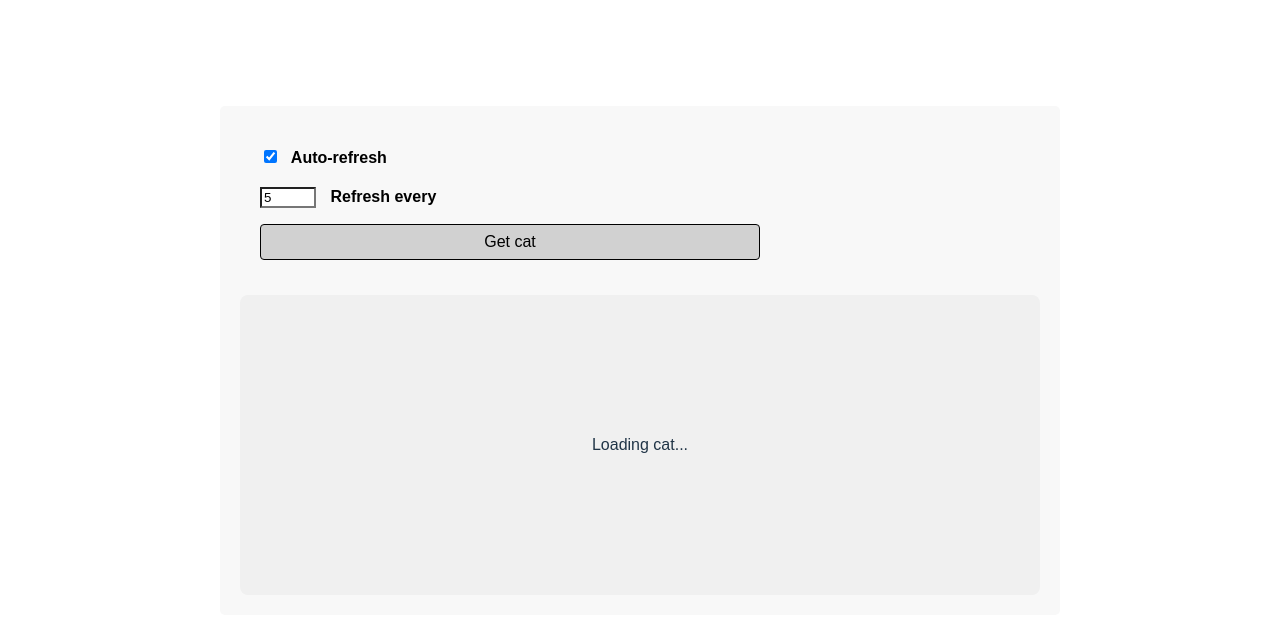
Repository: Pharaoh5/test-assignment5
Page: /
An editor plug-in stored every save of this project. The page is shown before and after the next save, followed by the edit.
The browser window is 1280 px wide. The pictures show the whole page.
The page's requests for data from a server got no answer. The project was rebuilt for these pictures with package versions that can differ from the ones it lists, and the page was loaded fresh each time. No one was signed in, and anything a server would have sent is missing. Also part of the build but not shown: vite.config.ts.

Above is the page before, as saved 2025-04-08 19:39:54.

### index.html
<!doctype html>
<html lang="en">
  <head>
    <meta charset="UTF-8" />
    <link rel="icon" type="image/svg+xml" href="/vite.svg" />
    <meta name="viewport" content="width=device-width, initial-scale=1.0" />
    <title>Vite + React + TS</title>
  </head>
  <body>
    <div id="root" style="width: 100%;"></div>
    <script type="module" src="/src/main.tsx"></script>
  </body>
</html>

### src/index.css
:root {
  font-family: system-ui, Avenir, Helvetica, Arial, sans-serif;
  line-height: 1.5;
  font-weight: 400;

  color-scheme: light dark;
  color: rgba(255, 255, 255, 0.87);
  background-color: #242424;

  font-synthesis: none;
  text-rendering: optimizeLegibility;
  -webkit-font-smoothing: antialiased;
  -moz-osx-font-smoothing: grayscale;
}

a {
  font-weight: 500;
  color: #646cff;
  text-decoration: inherit;
}
a:hover {
  color: #535bf2;
}

body {
  margin: 0;
  display: flex;
  place-items: center;
  min-width: 320px;
  min-height: 100vh;
}

h1 {
  font-size: 3.2em;
  line-height: 1.1;
}

button {
  border-radius: 8px;
  border: 1px solid transparent;
  padding: 0.6em 1.2em;
  font-size: 1em;
  font-weight: 500;
  font-family: inherit;
  background-color: #1a1a1a;
  cursor: pointer;
  transition: border-color 0.25s;
}
button:hover {
  border-color: #646cff;
}
button:focus,
button:focus-visible {
  outline: 4px auto -webkit-focus-ring-color;
}

@media (prefers-color-scheme: light) {
  :root {
    color: #213547;
    background-color: #ffffff;
  }
  a:hover {
    color: #747bff;
  }
  button {
    background-color: #f9f9f9;
  }
}

.btn-grad {background-image: linear-gradient(to right, #232526 0%, #414345  51%, #232526  100%)}
.btn-grad {
   margin: 10px;
   padding: 15px 45px;
   text-align: center;
   text-transform: uppercase;
   transition: 0.5s;
   background-size: 200% auto;
   color: white;
   box-shadow: 0 0 20px #eee;
   border-radius: 10px;
   display: block;
 }

 .btn-grad:hover {
   background-position: right center; /* change the direction of the change here */
   color: #fff;
   text-decoration: none;
 }

### src/App.tsx
import { useState, useEffect } from 'react';
import styled from 'styled-components';
import CatImage from './components/CatImage';
import Controls from './components/Controls';

const AppContainer = styled.div`
  background-color: #f8f8f8;
  font-family: Arial, sans-serif;
  max-width: 800px;
  margin: 0 auto;
  padding: 20px;
  text-align: center;
  border-radius: 5px;
`;

const App = () => {
  const [catImage, setCatImage] = useState(null);
  const [autoRefresh, setAutoRefresh] = useState(true);
  const [refreshInterval, setRefreshInterval] = useState(5);

  const fetchCat = async () => {
    try {
      const response = await fetch('https://api.thecatapi.com/v1/images/search');
      const data = await response.json();
      setCatImage(data[0].url);
    } catch (error) {
      console.error('Error fetching cat:', error);
    }
  };

  useEffect(() => {
    fetchCat();
  }, []);

  useEffect(() => {
    let intervalId: number;
    if (autoRefresh) {
      intervalId = setInterval(fetchCat, refreshInterval * 1000);
    }
    return () => {
      if (intervalId) clearInterval(intervalId);
    };
  }, [autoRefresh, refreshInterval]);

  return (
    <AppContainer>
      <Controls
      autoRefresh={autoRefresh}
      refreshInterval={refreshInterval}
      onToggleAutoRefresh={() => setAutoRefresh(!autoRefresh)}
      onRefreshIntervalChange={(e: React.ChangeEvent<HTMLInputElement>) => setRefreshInterval(Number(e.target.value))}
      onManualRefresh={fetchCat}
      />
      <CatImage imageUrl={catImage as string | null} />
    </AppContainer>
  );
};

export default App;

### src/components/CatImage.tsx
import styled from 'styled-components';

const ImageContainer = styled.div`
`;

const CatImg = styled.img`
  max-width: 100%;
  max-height: 500px;
  border-radius: 8px;
  box-shadow: 0 2px 4px rgba(0, 0, 0, 0.1);
`;

const Placeholder = styled.div`
  width: 100%;
  height: 300px;
  background-color: #f0f0f0;
  display: flex;
  align-items: center;
  justify-content: center;
  border-radius: 8px;
`;

interface CatImageProps {
    imageUrl?: string | null;
  }

const CatImage = ({ imageUrl }: CatImageProps) => {
  return (
    <ImageContainer>
      {imageUrl ? (
        <CatImg src={imageUrl} alt="Random cat" />
      ) : (
        <Placeholder>Loading cat...</Placeholder>
      )}
    </ImageContainer>
  );
};

export default CatImage;

### src/components/Controls.tsx
import styled from 'styled-components';

const ControlsContainer = styled.div`
  padding: 20px;
  border-radius: 8px;
  text-align: left;
`;

const ControlGroup = styled.div`
  margin-bottom: 15px;
  text-align: left;
  color: black;
`;

const Label = styled.label`
  margin-right: 10px;
  font-weight: bold;
  color: black;
`;

const Button = styled.button`
  width: 500px;
  padding: 8px 16px;
  background-color:rgb(209, 209, 209);
  color: black;
  border: none;
  border-radius: 4px;
  cursor: pointer;
  font-size: 16px;
  border: 1px solid black;

  &:hover {
    box-shadow: 4px 4px 8px 0px rgba(29, 29, 29, 0.2);
  }
`;

interface ControlsProps {
  autoRefresh: boolean;
  refreshInterval: number;
  onToggleAutoRefresh: (event: React.ChangeEvent<HTMLInputElement>) => void;
  onRefreshIntervalChange: (event: React.ChangeEvent<HTMLInputElement>) => void;
  onManualRefresh: () => void;
}

const Controls: React.FC<ControlsProps> = ({
  autoRefresh,
  refreshInterval,
  onToggleAutoRefresh,
  onRefreshIntervalChange,
  onManualRefresh
}) => {
  return (
    <ControlsContainer>
      <ControlGroup>
        <Label>
          <input
            type="checkbox"
            checked={autoRefresh}
            onChange={onToggleAutoRefresh}
            style={{ marginRight: '10px' }}
          /> Auto-refresh
        </Label>
      </ControlGroup>

      {autoRefresh && (
        <ControlGroup>
          <Label>
            <input
              type="number"
              min="1"
              max="60"
              value={refreshInterval}
              onChange={onRefreshIntervalChange}
              style={{ marginRight: '10px', backgroundColor: 'white', color: 'black'}}
            /> Refresh every
          </Label>
        </ControlGroup>
      )}

      <ControlGroup>
        <Button onClick={onManualRefresh}>Get cat</Button>
      </ControlGroup>
    </ControlsContainer>
  );
};

export default Controls;

Loaded but not shown: src/main.tsx (common file)

After the next save:
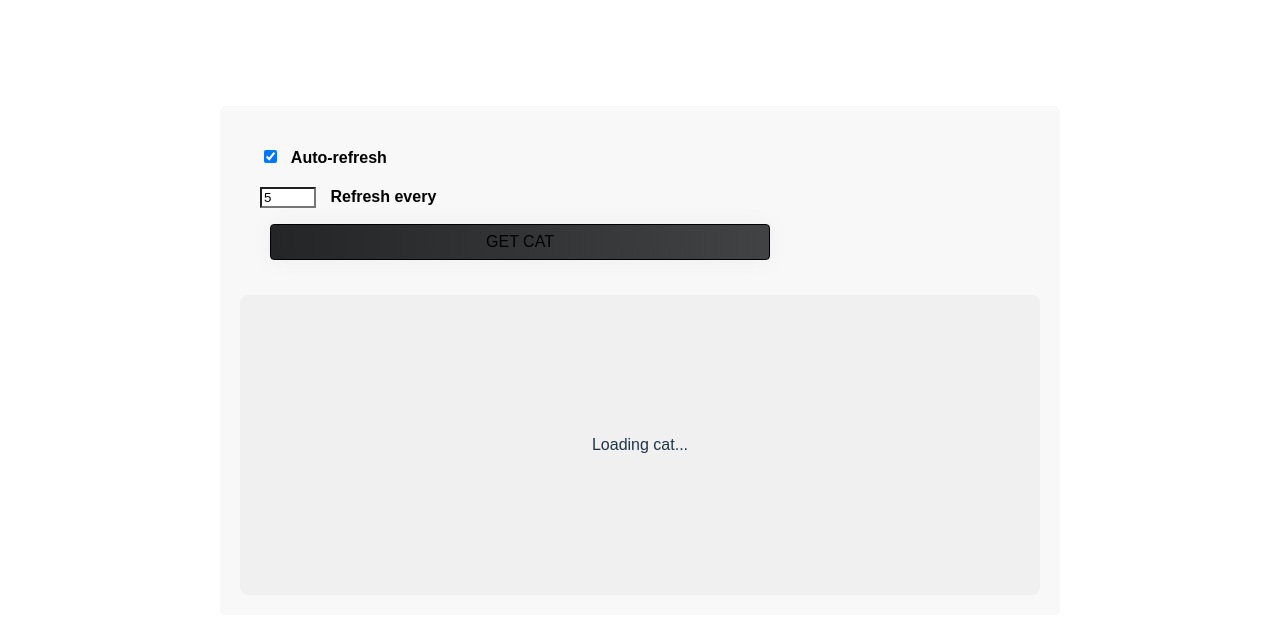
Saved 12 s later.
--- a/src/components/Controls.tsx
+++ b/src/components/Controls.tsx
@@ -78,7 +78,7 @@ const Controls: React.FC<ControlsProps> = ({
       )}
 
       <ControlGroup>
-        <Button onClick={onManualRefresh}>Get cat</Button>
+        <Button className='btn-grad' onClick={onManualRefresh}>Get cat</Button>
       </ControlGroup>
     </ControlsContainer>
   );
